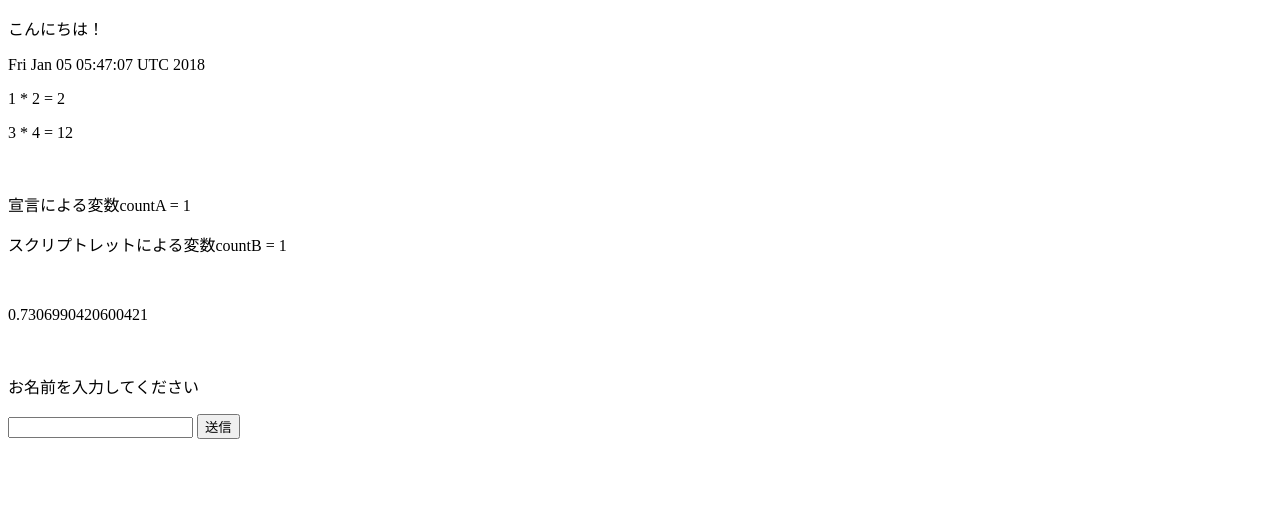
Repository: kf3225/backup
Page: http://localhost/HelloJSP1/
These files come from the project's save history. The page is drawn as it stood at one moment and after the next save; the edit follows.
The browser window is 1280 px wide. The pictures show the whole page.
The page is served by Tomcat 9.

Above is the page before, as saved 2018-01-10 07:13:06.

After the next save:
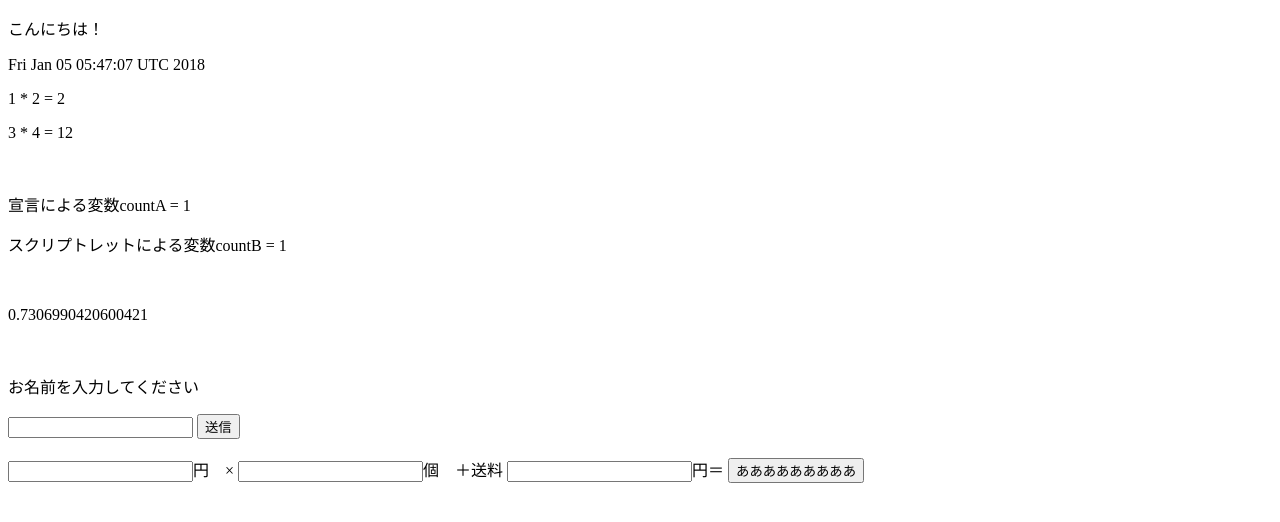
Saved 12 min 32 s later.
--- a/HelloJSP1/WebContent/index.jsp
+++ b/HelloJSP1/WebContent/index.jsp
@@ -42,6 +42,14 @@
 			<input type="text" name="user">
 			<input type="submit" value="送信">
 		</form>
+		<br>
+
+		<form method="post" action="total-out.jsp">
+			<input type="text" name="price">円　×
+			<input type="text" name="count">個　＋送料
+			<input type="text" name="delivery">円＝
+			<input type="submit" value="あああああああああ">
+		</form>
 
 
 	</body>
